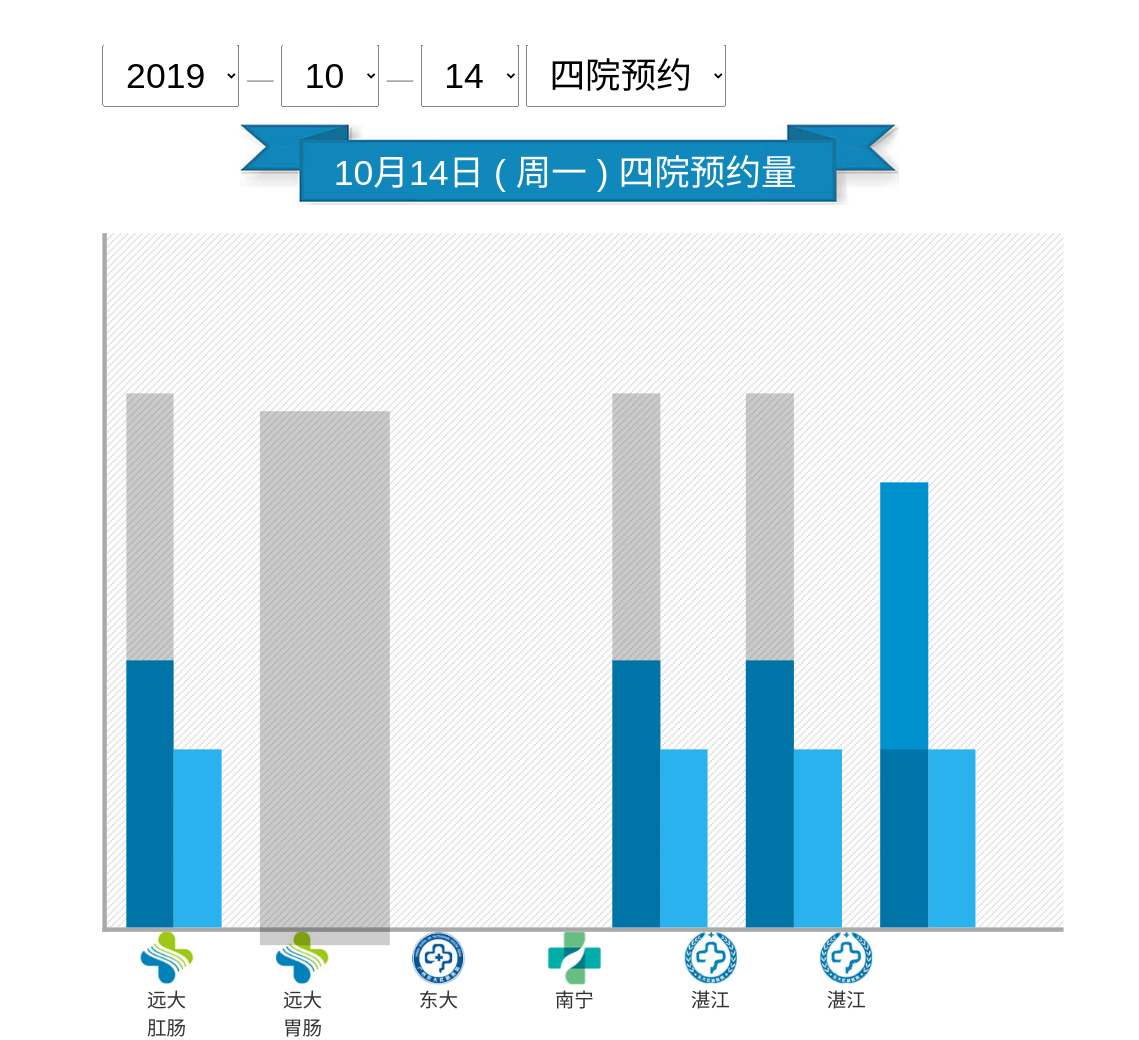
Repository: jerryyan/project
Page: http://localhost/m/index.php
The author's editor kept a copy of each file at every save. The page is drawn from the files as they stood at one save, then again after a run of saves.
The browser window is 1280 px wide. The pictures show the whole page, at 89% of full size.
The page is run by PHP 8.4 with error messages shown; the project is at /var/www/html/. The session is filled in as if someone had signed in: {"name": "admin"}.

Above is the page before, as saved 2019-10-14 15:46:39.

After the next 2 saves:
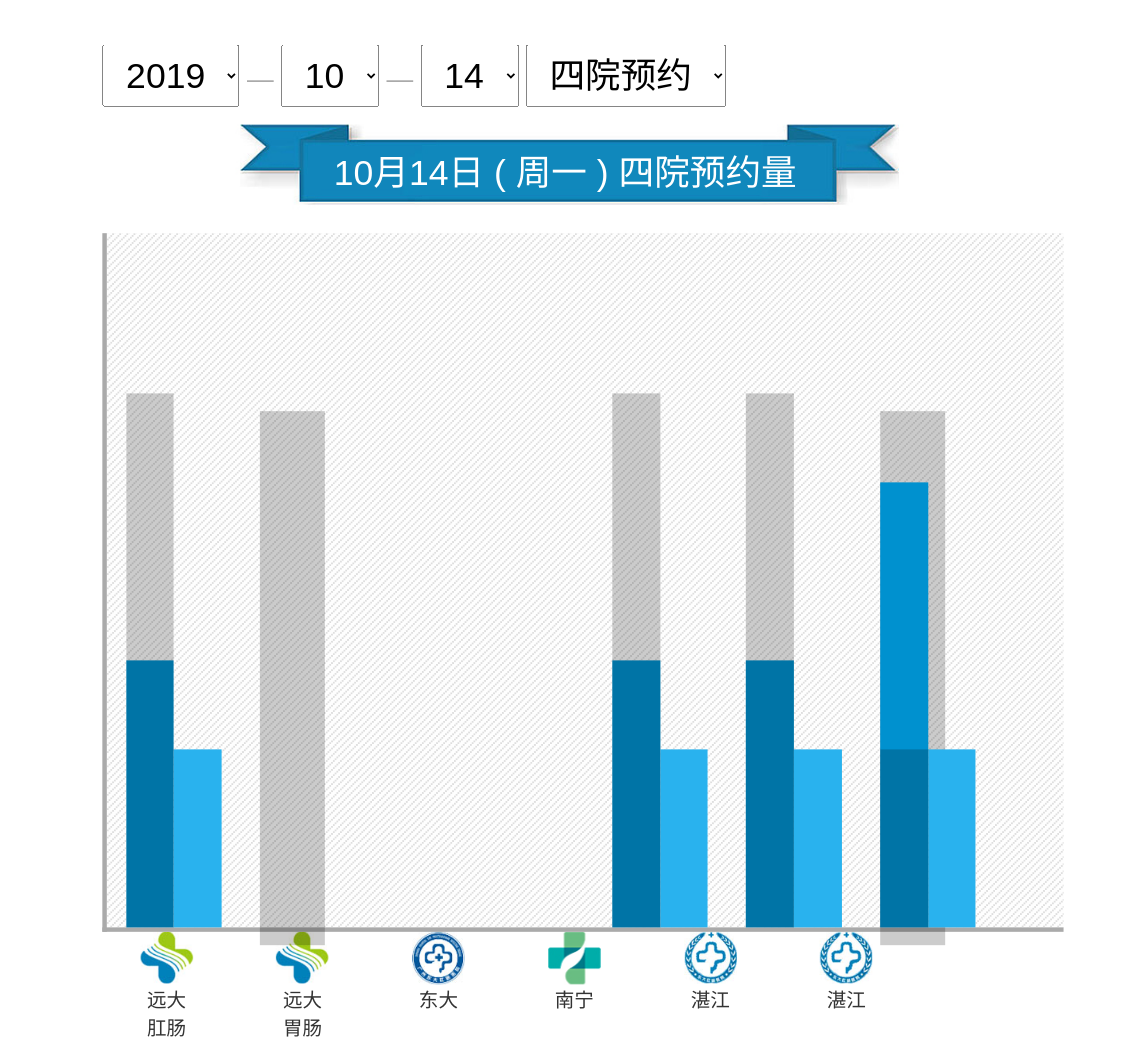
The 2 saves are shown as one change because they came seconds apart.
The last was saved 41 s later.
--- a/m/css/m.css
+++ b/m/css/m.css
@@ -259,7 +259,9 @@ span {
     margin-left: 58%;
 }
 
-
+.ty {
+    margin-left: 58%;
+}
 
 
 table {
